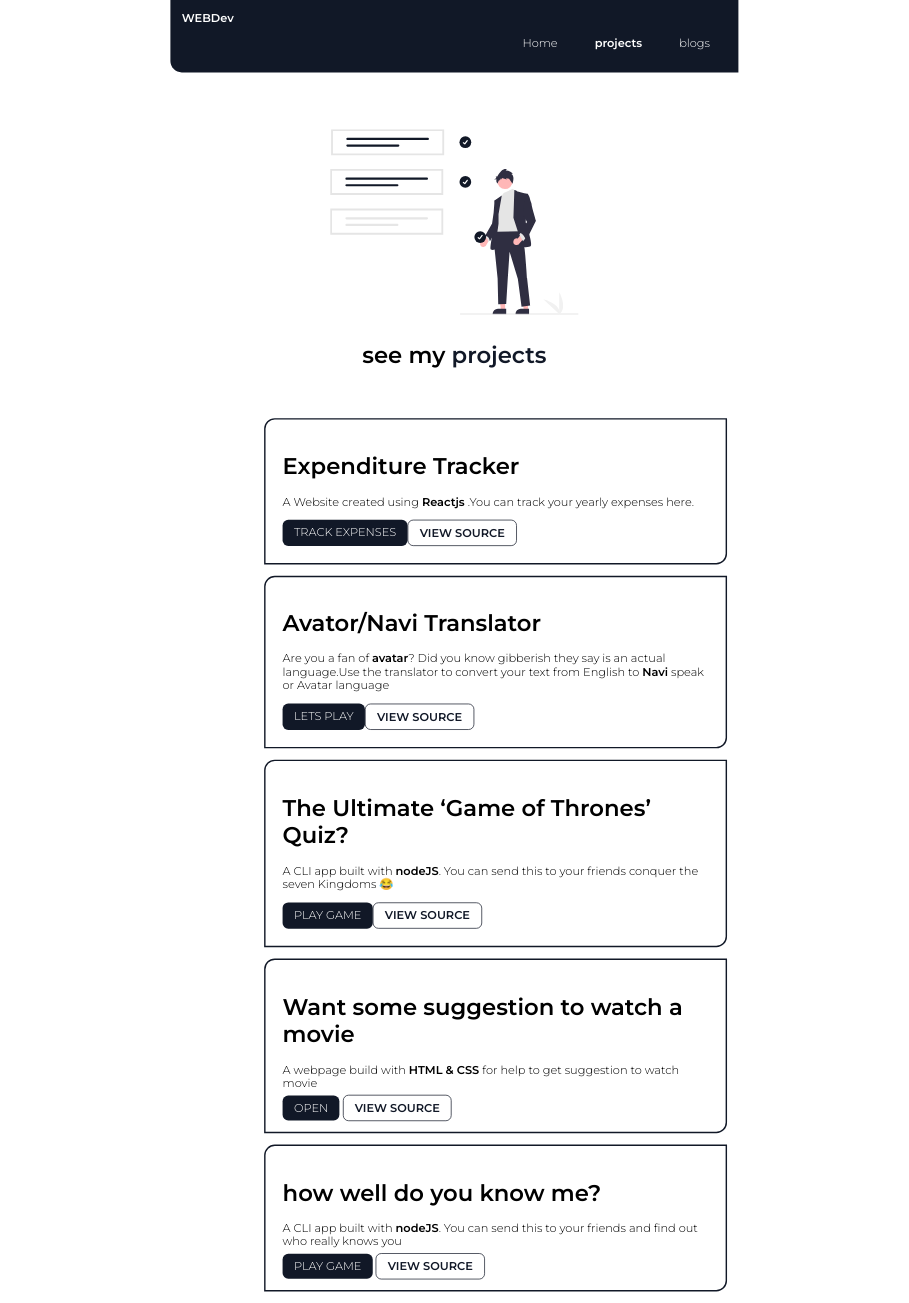
Repository: sohan2503001/Portfolio
Page: projects.html
The author's editor kept a copy of each file at every save. The page is drawn from the files as they stood at one save, then again after a run of saves.
The browser window is 1280 px wide. The pictures show the whole page, at 71% of full size.

Above is the page before, as saved 2021-05-11 18:24:51.

### projects.html
<!DOCTYPE html>
<html lang="en">

<head>
  <meta charset="UTF-8" />
  <meta name="viewport" content="width=device-width, initial-scale=1.0" />
  <title>Projects | Sohan</title>
  <link rel="stylesheet" href="style.css" />
  <link rel="icon" href="images/favicon.svg" sizes="any" type="image/svg+xml">
</head>

<body>
  <nav class="navigation container">
    <div class="nav-brand">WEBDev</div>
    <ul class="list-non-bullet nav-pills">
      <li class="list-item-inline">
        <a class="link" href="/">Home</a>
      </li>
      <li class="list-item-inline">
        <a class="link link-active" href="projects.html">projects</a>
      </li>
      <li class="list-item-inline">
        <a class="link" href="blogs.html">blogs</a>
      </li>
    </ul>
  </nav>

  <header class="hero">
    <img class="hero-img" src="images/pro.svg" alt="" />
    <h1 class="hero-heading">
      see my<span class="heading-inverted"> projects</span>
    </h1>
  </header>


  <ol class="list list-non-bullet">


    <div class="container container-center box-contain">
      <li>
        <h1>Expenditure Tracker</h1>
        <p>
          A Website created using <strong>Reactjs</strong> .You can track your yearly expenses here.
        </p>

        <div class="link-button">
          <a class="link link-primary" href="https://expenditure-tracker.netlify.app/"
          target="_blank">TRACK EXPENSES</a>
        <a class="link link-secondary" href="https://github.com/sohan2503001/Expenditure-Tracker" target="_blank">VIEW
          SOURCE</a>
        </div>
      </li>
    </div>


    <div class="container container-center box-contain">
      <li>
        <h1>Avator/Navi Translator </h1>
        <p>
          Are you a fan of <strong>avatar</strong>? Did you know gibberish they say is an actual
          language.Use the translator to convert your text from English to <strong>Navi</strong>
          speak or Avatar language
        </p>

        <div class="link-button">
          <a class="link link-primary" href="https://avator-speak.netlify.app/"
          target="_blank">LETS PLAY</a>
        <a class="link link-secondary" href="https://github.com/sohan2503001/Avator-speak" target="_blank">VIEW
          SOURCE</a>
        </div>
      </li>
    </div>


    <div class="container container-center box-contain">
      <li>
        <h1>The Ultimate ‘Game of Thrones’ Quiz?</h1>
        <p>
          A CLI app built with <strong>nodeJS</strong>. You can send this to
          your friends conquer the seven Kingdoms 😂
        </p>

        <div class="link-button">
          <a class="link link-primary" href="https://replit.com/@Sohan250301/GameofThronesQuiz?embed=1&output=1#index.js"
          target="_blank">PLAY GAME</a>
        <a class="link link-secondary" href="https://github.com/sohan2503001/GOTQuiz" target="_blank">VIEW SOURCE</a>
        </div>
      </li>
    </div>


    <div class="container container-center box-contain">
      <li>
        <h1>Want some suggestion to watch a movie</h1>
        <p>
          A webpage build with <strong>HTML & CSS </strong> for help to get suggestion to watch movie
        </p>

        <div class="link-button">

        </div>
        <a class="link link-primary" href="https://moviesreview.netlify.app/" target="_blank">OPEN</a>
        <a class="link link-secondary" href="https://github.com/sohan2503001/MovieSuggestion" target="_blank">VIEW
          SOURCE</a>
      </li>
    </div>


    <div class="container container-center box-contain">
      <li>
        <h1>how well do you know me?</h1>
        <p>
          A CLI app built with <strong>nodeJS</strong>. You can send this to
          your friends and find out who really knows you
        </p>

        <a class="link link-primary" href="https://replit.com/@Sohan250301/How-much-you-know-me?embed=1&output=1"
          target="_blank">PLAY GAME</a>
        <a class="link link-secondary" href="https://github.com/sohan2503001/Quiz1" target="_blank">VIEW SOURCE</a>
      </li>
    </div>


  </ol>
  <script src="code.js"></script>
</body>

</html>

### style.css
@import url('https://fonts.googleapis.com/css2?family=Montserrat:wght@300;600&display=swap');

:root{
    --primary-color: #111827;
    --dark-gray: #4B5563;
    --off-white: #D1D5DB;
}

body {
    font-family: 'Montserrat', sans-serif;
    margin: auto;
    max-width: 800px;
    width: 100%;
}

hr{
    margin: 2rem 0rem;
}

/** container **/
.container{
    padding: 0rem 1rem;
}

.container-center{
    max-width: 600px;
    margin: auto;
}

/** links **/
.link{
    text-decoration: none;
    padding: 0.5rem 1rem;
    /*margin: 1rem 0rem 1rem 0rem;*/
}

.link-primary{
    background-color: var(--primary-color);
    border-radius: 0.5rem;
    color:white;
}

.link-secondary{
    color: var(--primary-color);
    border-radius: 0.5rem;
    border: 1px solid var(--primary-color);
    font-weight: bold;
}

/** lists **/

.list-non-bullet{
    list-style: none;
}

.list-item-inline{
    display: inline;
    padding: 0rem 0.5rem;
}

/** navigation **/

.navigation{
    background-color: var(--primary-color);
    color: white;
    padding: 1rem;
    border-bottom-left-radius: 1rem;
}

.navigation .nav-brand{
    font-weight: bold;
}

.navigation .nav-pills{
    text-align: right;
}

.navigation .link{
    color: white;
}

.navigation .link-active{
    font-weight: bold;
}

/**header **/

.hero{
    padding: 2rem;
    padding-top: 5rem;
}

.hero .hero-img{
    max-width: 350px;
    display: block;
    margin: auto;
}

.hero .hero-heading{
    padding-top: 1rem;
    color: var(--dark-red);
    text-align: center;
}

.hero .hero-heading .heading-inverted{
    color: var(--primary-color)
}

/** section **/
.section{
    padding: 1rem;
    border-radius: 15px;
    margin: 2rem;
}

.section h1{
    text-align: center;
    font-weight: bolder;
}

.ow {
    background-color: var(--off-white);
}

.section p{
    font-weight: bold;
}

/**footer **/

.footer{
    background-color: var(--primary-color);
    padding: 1rem;
    text-align: center;
    color: white;
    border-top-right-radius: 1rem;
}

.footer .link{
    color: white;
}

.footer .footer-header{
    font-weight: bold;
    font-size: large;
}

.footer ul{
    padding-inline-start: 0px;
}

/**Projects**/
.box-contain{
    border: 2px solid var(--primary-color);
    padding: 1.5rem;
    border-top-left-radius: 15px;
    border-bottom-right-radius: 15px;
    margin: auto;
    margin-top: 1rem;
    margin-right: 1rem;
}

.link-button{
    display: flex;
}

### code.js
function myFunction() {
    var element = document.body;
    element.classList.toggle("dark-mode");
}

After the next 2 saves:
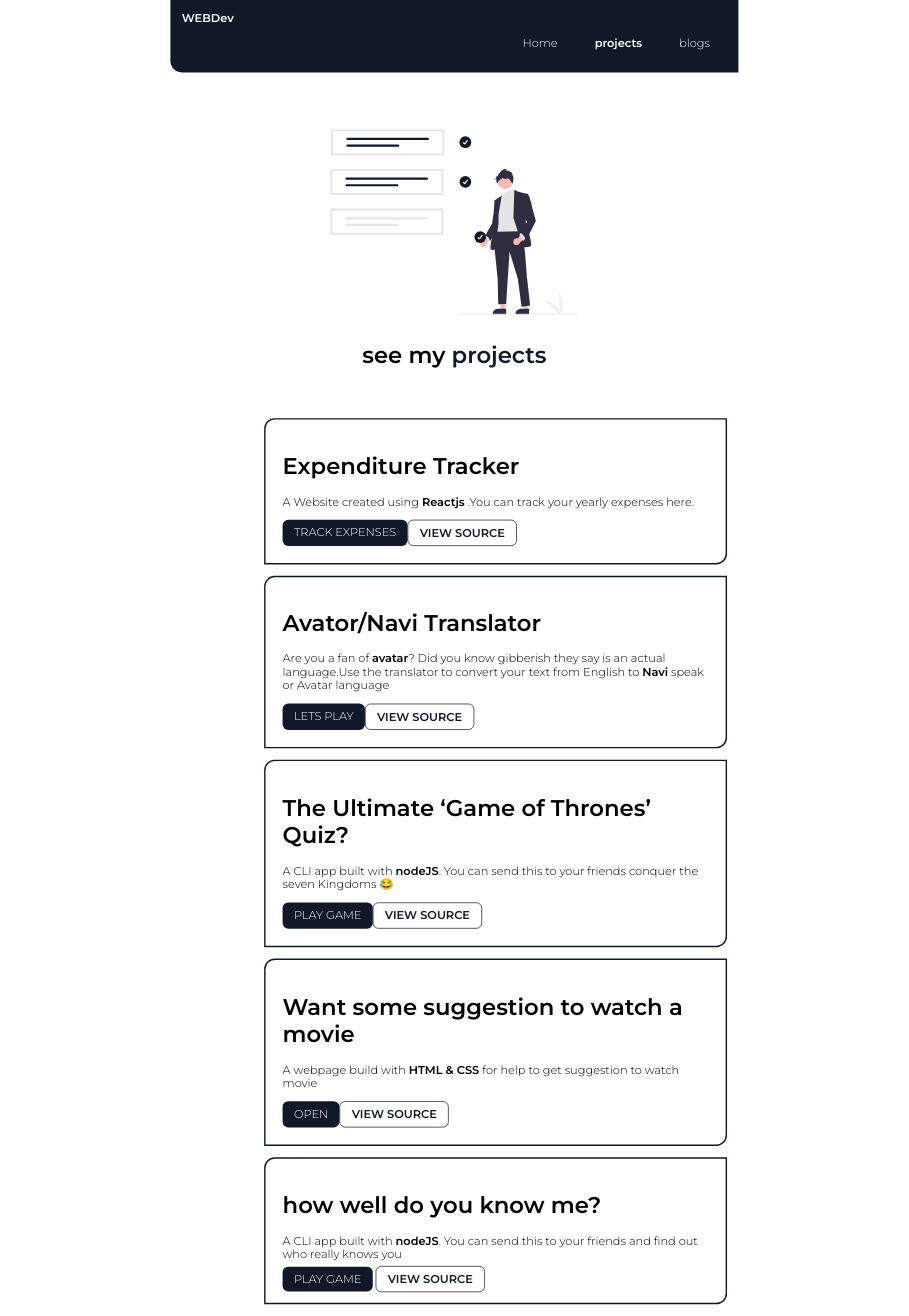
The 2 saves are shown as one change because they came seconds apart.
The last was saved 7 s later.
--- a/projects.html
+++ b/projects.html
@@ -97,11 +97,10 @@
         </p>
 
         <div class="link-button">
-
-        </div>
-        <a class="link link-primary" href="https://moviesreview.netlify.app/" target="_blank">OPEN</a>
+          <a class="link link-primary" href="https://moviesreview.netlify.app/" target="_blank">OPEN</a>
         <a class="link link-secondary" href="https://github.com/sohan2503001/MovieSuggestion" target="_blank">VIEW
           SOURCE</a>
+        </div>
       </li>
     </div>
 
